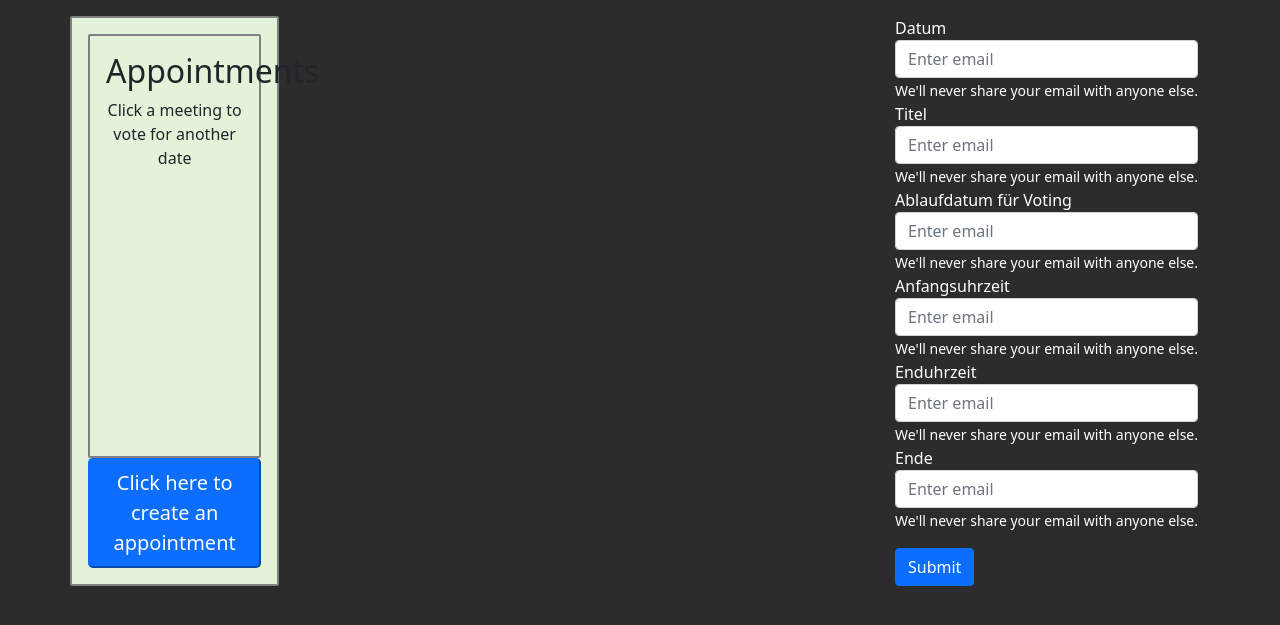
Repository: wlichon/Semesterprojekt
Page: index.html
An editor plug-in stored every save of this project. The page is shown before and after the next save, followed by the edit.
The browser window is 1280 px wide. The pictures show the whole page.
The page's requests for data from a server got no answer. Some web libraries are served in a nearby version.

Above is the page before, as saved 2022-04-22 20:46:05.

After the next save:
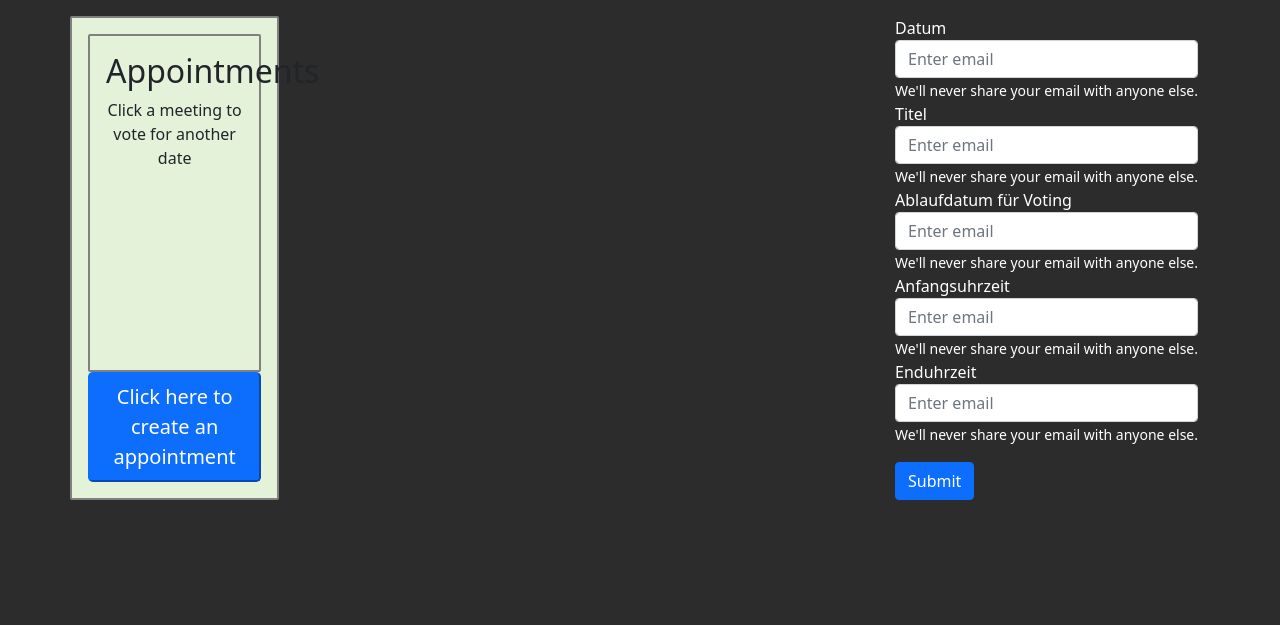
Saved 19 s later.
--- a/index.html
+++ b/index.html
@@ -106,11 +106,6 @@
                 <input type="email" class="form-control" id="exampleInputEmail1" aria-describedby="emailHelp" placeholder="Enter email">
                 <small id="emailHelp" class="form-text text-white">We'll never share your email with anyone else.</small>
             </div>
-            <div class="form-group">
-                <label for="exampleInputEmail1" class ="text-white">Ende</label>
-                <input type="email" class="form-control" id="exampleInputEmail1" aria-describedby="emailHelp" placeholder="Enter email">
-                <small id="emailHelp" class="form-text text-white">We'll never share your email with anyone else.</small>
-            </div>
             <button type="submit" class="btn btn-primary mt-3">Submit</button>
           </form>
 
